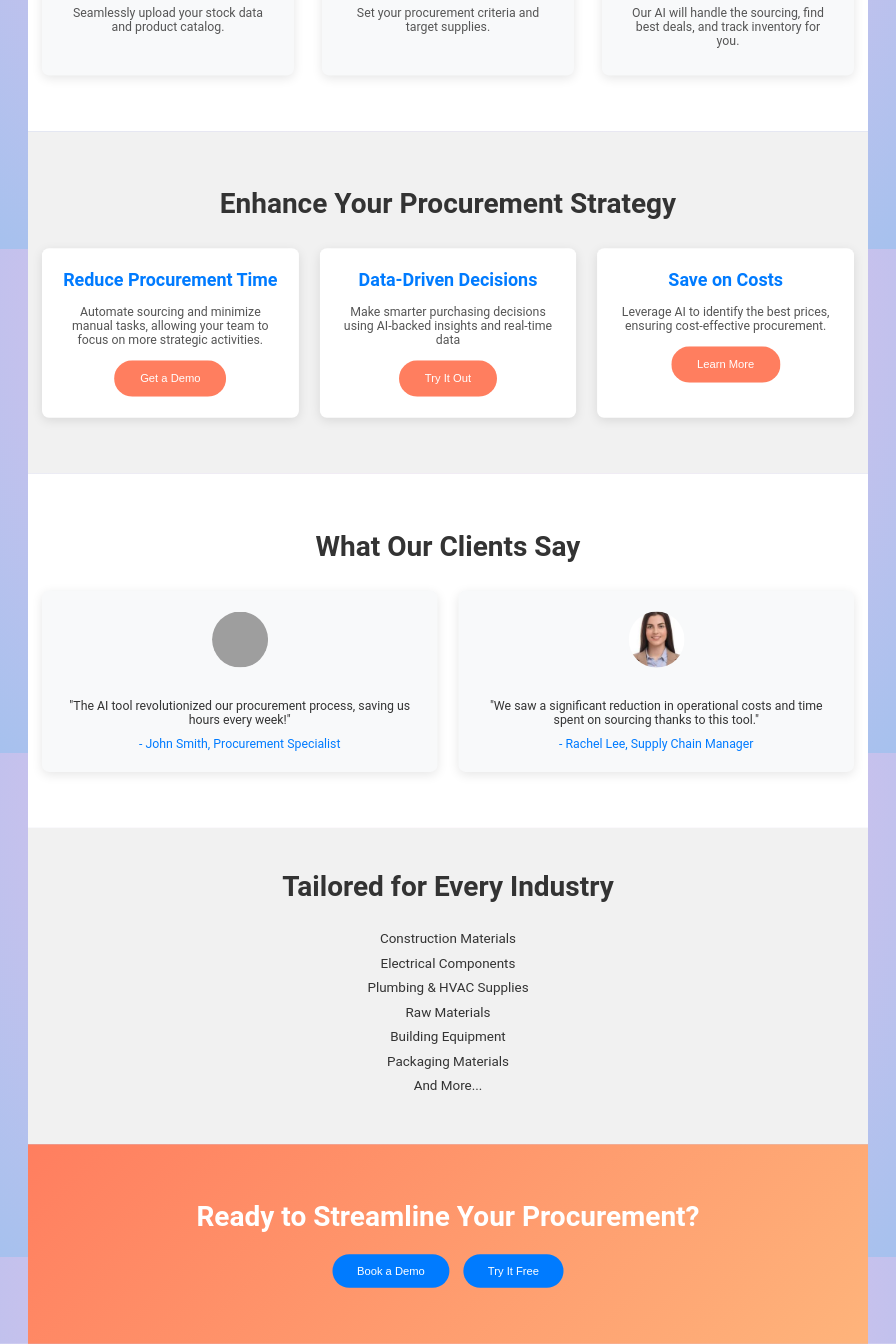
Repository: aabhashbasnet/SSNCorporation
Page: /who-we-serve/suppliers
These files come from the project's save history. The page is drawn as it stood at one moment and after the next save; the edit follows.
The browser window is 1280 px wide. The pictures show the part of the page from y = 1084 to 3004 px (the page is 3004 px tall before and 2902 px after), at 70% of full size.
Pictures or frames that could not be fetched are drawn as grey boxes. The project was rebuilt for these pictures with package versions that can differ from the ones it lists, and the page was loaded fresh each time. Also part of the build but not shown: src/components/Main/Main.jsx, src/components/Working/Working.css, src/components/Working/Working.jsx, src/components/Footer/Footer.jsx, src/pages/OurMission/OurMission.jsx, src/pages/LoginSignUp/LoginSignUp.css, src/pages/LoginSignUp/LoginSignUp.jsx, src/pages/Industries/Industries.jsx and 8 more.

Above is the page before, as saved 2025-02-11 13:44:17.

### src/index.css
/* index.css or App.css */
body {
  margin: 0;
  padding: 0;
  font-family: 'Poppins', sans-serif; /* Optional: Add modern typography */
  /* background: linear-gradient(to bottom, #0a192f, #162447); */
  /* background: linear-gradient(to bottom, #0a192f, #004aad); */
  /* background: radial-gradient(circle at top, #00c6ff, #0072ff, #0a192f);
  background: radial-gradient(circle at top, #ff7e5f, #feb47b, #f4f4f4);
  background: radial-gradient(circle at top, #6a11cb, #2575fc);
  background: radial-gradient(circle at top, #ff416c, #ff4b2b); */
  background: radial-gradient(circle at top, #fbc2eb, #a6c1ee);
  /* color: white; Ensures text is readable */
  min-height: 100vh;
}

### src/App.css
.app-container {
  min-height: 100vh;
  display: flex;
  flex-direction: column;
  background-size: cover;
  background-position: center;
}

### src/components/Main/Main.css
/* Ensure the main content takes up the remaining spaces */
html, body {
  height: 100%;
  margin: 0;
}

/* Main content styling */
.main-content {
  padding: 50px 20px;
  text-align: center; /* Center align the content */
  min-height: calc(100vh - 80px); /* Adjust height to fill the remaining space after navbar */
  display: flex;
  flex-direction: column;
  justify-content: center;
  align-items: center; /* Ensure content is centered horizontally */
}

/* Headline styling */
.headline {
  font-family: Verdana, Geneva, Tahoma, sans-serif;
  font-size: 72px; /* Increased font size */
  font-weight: bold;
  color: #333; /* Dark color for readability */
  margin-bottom: 20px;
  line-height: 1.2;
  white-space: normal; /* Allow line breaks */
  display: inline-block; /* Make it an inline-block element */
  max-width: 90%; /* Set a max-width for better control */
}

/* Description styling */
.description {
  font-size: 18px;
  font-weight: bolder;
  color: white; /* Slightly lighter color */
  max-width: 800px; /* Set max-width to avoid overly long lines */
  margin: 0 auto; /* Center align */
  line-height: 1.6;
}

.instant {
  color: red;
}

/* Button container styling */
.button-container {
  display: flex;
  gap: 20px; /* Add space between buttons */
  justify-content: center;
  margin-top: 20px;
  flex-wrap: wrap; /* Ensure buttons wrap on small screens */
  align-items: center; /* Center the buttons */
}

/* Button base styling */
.button {
  padding: 12px 30px;
  font-size: 16px;
  font-weight: bold;
  border: none;
  border-radius: 5px;
  cursor: pointer;
  transition: transform 0.3s ease, background-color 0.3s ease;
  display: inline-block;
}

/* Default button styling (for both buttons) */
.button:hover {
  transform: translateY(-3px);
}

/* "Get Started" button styling */
.button.primary {
  background-color: #007bff; /* Blue color */
  color: white;
  font-size: larger;
}

.button.primary:hover {
  background-color: #0056b3; /* Darker blue on hover */
}

/* "Connect with Us" button styling */
.button.connect {
  background-color: #28a745; /* Green color */
  color: white;
}

.button.connect:hover {
  background-color: #218838; /* Darker green on hover */
}

/* Add some responsive styling */
@media (max-width: 768px) {
  .headline {
    font-size: 48px; /* Adjust the headline font size on mobile */
  }

  .description {
    font-size: 16px; /* Adjust description font size on mobile */
    padding: 0 20px; /* Add padding on sides for better readability */
  }

  .button-container {
    flex-direction: column; /* Stack buttons on mobile */
    align-items: center; /* Center align the buttons */
  }

  .button {
    width: 100%; /* Make buttons full width on small screens */
    max-width: 300px; /* Set a maximum width for buttons */
    margin: 10px 0; /* Add margin for space between buttons */
  }
}

### src/components/Footer/Footer.css
.footer {
    background-color: #333;
    background: #2c3e50; /* Dark blue/gray */
    background: radial-gradient(circle at top, #333, #555);
    background: radial-gradient(circle at top, #4b0082, #2c003e);
    background: radial-gradient(circle at top, #2a2a2a, #3b3b3b);
    background: radial-gradient(circle at top, #2a2a2a, #4e4e4e);

    color: white;
    padding: 30px;
  }

  .footer-content {
    display: flex;
    flex-wrap: wrap;
    justify-content: space-around;
    max-width: 1200px;
    margin: 0 auto;
  }

  .footer-section {
    flex: 1 1 30%;
    margin-bottom: 20px;
    text-align: center;
  }

  .logo {
    width: 120px;
    height: auto;
    margin-bottom: 15px;
  }

  .social-links {
    display: flex;
    justify-content: center; /* Center social icons */
    gap: 20px;
  }

  .social-icon {
    font-size: 28px;
    color: white;
    transition: color 0.3s ease;
  }

  .social-icon:hover {
    color: #0e76a8;
  }


  .footer-section h4 {
    font-size: 1.5rem; /* Use rem for scalable font sizes */
    font-weight: bold;
    margin-bottom: 10px;
    color: rgb(11, 240, 11);
    text-transform: uppercase;
  }
  .footer-nav {
    list-style: none;
    padding: 0;
    margin: 0;
  }

  .footer-nav li {
    margin-bottom: 10px;
  }

  .footer-nav a {
    font-size: 1rem;
    color: hsl(0, 0%, 100%);
    text-decoration: none;
    transition: color 0.3s ease;
  }

  .footer-nav a:hover {
    color: #0e76a8;
  }

  .newsletter {
    display: flex;
    flex-direction: column; /* Stack input and button */
    align-items: center; /* Center content horizontally */
  }

  .email-input {
    padding: 10px;
    border: 1px solid #fff;
    border-radius: 5px;
    width: 80%; /* Make input responsive */
    margin-bottom: 10px;
    background-color: #444;
    color: white;
  }

  .subscribe-button {
    padding: 10px 20px;
    background-color: #d31b1b;
    color: white;
    border: none;
    border-radius: 5px;
    cursor: pointer;
    transition: background-color 0.3s ease;
    width: 80%; /* Make button responsive */
  }

  .subscribe-button:hover {
    background-color: #b91b1b;
  }

  @media screen and (max-width: 768px) {
    .footer-section {
      flex: 1 1 100%; /* Each section takes full width on mobile */
      margin-bottom: 20px; /* Add space between sections */
    }

    .newsletter {
      flex-direction: column; /* Stack input and button vertically */
      align-items: center; /* Center the content horizontally */
    }

    .email-input,
    .subscribe-button {
      width: 100%; /* Full width input and button */
    }

    .footer-nav li {
      margin-bottom: 5px; /* Reduce margin between links */
    }
  }

### src/pages/Industries/Industries.css
/* Import Poppins font */
@import url('https://fonts.googleapis.com/css2?family=Poppins:wght@700&display=swap');

.industries-container {
  padding: 5rem 1rem;
}

.industries-title {
  font-family: Arial, Helvetica, sans-serif;
  text-align: center;
  font-size: 2.9rem;
  color: #1f2937;
  margin-bottom: 1rem;
  font-weight: 1000;
}

.industries-subtitle {
  text-align: center;
  color: #4b5563;
  font-size: 1.125rem;
  max-width: 800px;
  margin: 0 auto 3rem;
  line-height: 1.6;
}

.industries-grid {
  display: grid;
  gap: 2rem;
  grid-template-columns: 1fr;
}

.industry-card {
  background: white;
  padding: 2.5rem;
  border-radius: 1rem;
  box-shadow: 0 4px 6px -1px rgba(0, 0, 0, 0.1);
  transition: transform 0.3s ease, box-shadow 0.3s ease;
}

.industry-card:hover {
  transform: translateY(-5px);
  box-shadow: 0 10px 15px -3px rgba(0, 0, 0, 0.1);
}

.icon-container {
  width: 60px;
  height: 60px;
  border-radius: 50%;
  display: flex;
  align-items: center;
  justify-content: center;
  margin-bottom: 1.5rem;
}

.industry-icon {
  font-size: 2.5rem;
  color: white;
}

.industry-title {
  color: #1f2937;
  font-size: 1.5rem;
  margin: 1.5rem 0 1rem;
  font-weight: 600;
}

.industry-description {
  color: #4b5563;
  line-height: 1.6;
  margin-bottom: 1.5rem;
}

.learn-more-btn {
  color: #3b82f6;
  text-decoration: none;
  font-weight: 500;
  display: inline-flex;
  align-items: center;
  gap: 0.5rem;
  transition: color 0.3s ease;
}

.learn-more-btn:hover {
  color: #2563eb;
}

@media (min-width: 768px) {
  .industries-grid {
    grid-template-columns: repeat(2, 1fr);
  }
}

@media (min-width: 1024px) {
  .industries-grid {
    grid-template-columns: repeat(4, 1fr);
  }

  .industries-title {
    font-size: 3rem;
  }

  .industries-subtitle {
    font-size: 1.25rem;
  }
}

### src/pages/Industries/FacilitiesMaintainance.css
/* Reset and base styles */
* {
  margin: 0;
  padding: 0;
  box-sizing: border-box;
}

body {
  background-color: #f5f7fa;
}

/* General section styling */
section {
  padding: 4rem 2rem;
  max-width: 1200px;
  margin: 0 auto;
}

/* Overview section */
.overview-section {
  display: flex;
  gap: 3rem;
  align-items: center;
  min-height: 80vh;
  background: linear-gradient(135deg, #e8f4fd 0%, #f5f7fa 100%);
  border-radius: 20px;
  margin: 2rem auto;
}

.overview-text {
  flex: 1;
}

.overview-text h1 {
  font-size: 3rem;
  margin-bottom: 1.5rem;
  color: #2c3e50;
  line-height: 1.2;
  font-weight: 700;
}

.overview-text p {
  font-size: 1.1rem;
  line-height: 1.6;
  color: #5a6c7d;
  margin-bottom: 1.5rem;
}

.overview-image {
  flex: 1;
  position: relative;
}

.overview-image img {
  width: 100%;
  height: auto;
  border-radius: 15px;
  box-shadow: 0 20px 40px rgba(0, 0, 0, 0.1);
}

/* Features and Benefits section */
.features-benefits {
  background: linear-gradient(135deg, #f5f7fa 0%, #e8f4fd 100%);
  text-align: center;
  padding: 5rem 2rem;
  border-radius: 20px;
  margin: 2rem auto;
}

.features-benefits h2 {
  font-size: 2.5rem;
  color: #2c3e50;
  margin-bottom: 3rem;
  font-weight: 700;
}

.feature-card {
  background: rgba(255, 255, 255, 0.9);
  padding: 2rem;
  border-radius: 10px;
  box-shadow: 0 10px 20px rgba(0, 0, 0, 0.05);
  transition: transform 0.3s ease;
  text-align: center;
}

.feature-card:hover {
  transform: translateY(-5px);
  background: rgba(255, 255, 255, 0.95);
  box-shadow: 0 15px 30px rgba(0, 0, 0, 0.1);
}

.feature-card i {
  font-size: 2.5rem;
  margin-bottom: 1rem;
}

.feature-card h3 {
  font-size: 1.5rem;
  color: #2c3e50;
  margin-bottom: 1rem;
  font-weight: 600;
}

.feature-card p {
  color: #5a6c7d;
  line-height: 1.5;
}

/* CTA section */
.cta-section {
  text-align: center;
  background: linear-gradient(135deg, #3498db, #2980b9);
  color: white;
  border-radius: 15px;
  margin: 2rem auto;
  padding: 4rem 2rem;
  box-shadow: 0 15px 30px rgba(41, 128, 185, 0.2);
}

.cta-section h2 {
  font-size: 2.5rem;
  margin-bottom: 1.5rem;
  font-weight: 700;
}

.cta-section p {
  font-size: 1.2rem;
  margin-bottom: 2rem;
  max-width: 600px;
  margin-left: auto;
  margin-right: auto;
  line-height: 1.6;
}

.cta-button {
  display: inline-block;
  padding: 1rem 2rem;
  font-size: 1.2rem;
  font-weight: 600;
  text-decoration: none;
  color: white;
  background: linear-gradient(135deg, #28a745, #218838);
  border-radius: 30px;
  transition: all 0.3s ease;
  cursor: pointer;
  border: 2px solid transparent;
  box-shadow: 0 4px 15px rgba(40, 167, 69, 0.2);
}

.cta-button:hover {
  transform: scale(1.05);
  box-shadow: 0 6px 20px rgba(40, 167, 69, 0.3);
  background: linear-gradient(135deg, #218838, #28a745);
  color: white;
  border-color: rgba(255, 255, 255, 0.2);
}

/* Responsive Design */
@media (max-width: 1024px) {
  .features-grid {
      grid-template-columns: repeat(2, 1fr);
  }
}

@media (max-width: 768px) {
  .overview-section {
      flex-direction: column;
      text-align: center;
  }

  .overview-text h1 {
      font-size: 2.5rem;
  }

  .features-grid {
      grid-template-columns: 1fr;
  }

  .cta-section h2 {
      font-size: 2rem;
  }
}

@media (max-width: 480px) {
  section {
      padding: 2rem 1rem;
  }

  .overview-text h1 {
      font-size: 2rem;
  }

  .features-benefits h2 {
      font-size: 2rem;
  }

  .feature-card {
      margin: 0;
  }

  .cta-button {
      width: 90%;
      max-width: 300px;
  }
}

### src/pages/WhoWeServe/Suppliers.css
/* Supplier Section Styles */
.supplier-section {
  font-family: 'Roboto', sans-serif;
  color: #333;
  margin: 0;
  padding: 0;
  box-sizing: border-box;
}

/* Hero Section */
.supplier-section .hero {
  background: linear-gradient(135deg, #1e3c72, #2a5298);
  color: #fff;
  padding: 100px 20px;
  text-align: center;
  border-bottom: 5px solid #f8f9fa;
}

.supplier-section .hero .hero-content h1 {
  font-size: 3rem;
  font-weight: 700;
  margin-bottom: 20px;
  line-height: 1.2;
}

.supplier-section .hero .hero-content p {
  font-size: 1.2rem;
  margin-bottom: 30px;
  opacity: 0.8;
}

.supplier-section .hero .hero-buttons {
  display: flex;
  justify-content: center;
  gap: 20px;
}

.supplier-section .hero .cta-demo,
.supplier-section .hero .cta-experience {
  background-color: #ff7e5f;
  color: white;
  border: none;
  padding: 15px 40px;
  font-size: 1rem;
  font-weight: 600;
  border-radius: 50px;
  cursor: pointer;
  transition: all 0.3s ease;
  border: 2px solid transparent;
}

.supplier-section .hero .cta-demo:hover,
.supplier-section .hero .cta-experience:hover {
  background-color: #feb47b;
  border: 2px solid #ff7e5f;
}

/* Challenges Section */
.supplier-section .challenges {
  background-color: #f1f1f1;
  padding: 60px 20px;
  text-align: center;
}

.supplier-section .challenges h2 {
  font-size: 2.5rem;
  font-weight: 600;
  color: #333;
  margin-bottom: 30px;
}

.supplier-section .challenges p {
  font-size: 1.15rem;
  color: #555;
  max-width: 800px;
  margin: 0 auto;
}

/* Process Section */
.supplier-section .process {
  padding: 80px 20px;
  background-color: #fff;
  text-align: center;
  border-top: 5px solid #f8f9fa;
}

.supplier-section .process h2 {
  font-size: 2.5rem;
  color: #333;
  margin-bottom: 40px;
  font-weight: 600;
}

.supplier-section .process .steps {
  display: grid;
  grid-template-columns: repeat(auto-fill, minmax(280px, 1fr));
  gap: 40px;
  justify-items: center;
}

.supplier-section .process .step {
  background-color: #f8f9fa;
  padding: 40px;
  border-radius: 10px;
  box-shadow: 0 4px 15px rgba(0, 0, 0, 0.1);
  text-align: center;
  transition: transform 0.3s ease, box-shadow 0.3s ease;
}

.supplier-section .process .step:hover {
  transform: translateY(-10px);
  box-shadow: 0 6px 20px rgba(0, 0, 0, 0.1);
}

.supplier-section .process .step-number {
  font-size: 2.5rem;
  font-weight: bold;
  color: #ff7e5f;
  margin-bottom: 20px;
}

.supplier-section .process .step h3 {
  font-size: 1.4rem;
  color: #333;
  margin-bottom: 15px;
}

.supplier-section .process .step p {
  font-size: 1.1rem;
  color: #555;
}

/* Benefits Section */
.supplier-section .benefits {
  padding: 80px 20px;
  background-color: #f1f1f1;
  text-align: center;
}

.supplier-section .benefits h2 {
  font-size: 2.5rem;
  color: #333;
  margin-bottom: 40px;
  font-weight: 600;
}

.supplier-section .benefits .benefit-container {
  display: grid;
  grid-template-columns: repeat(auto-fill, minmax(280px, 1fr));
  gap: 30px;
}

.supplier-section .benefits .benefit {
  background-color: #fff;
  padding: 30px;
  border-radius: 10px;
  box-shadow: 0 4px 15px rgba(0, 0, 0, 0.1);
  text-align: center;
  transition: transform 0.3s ease, box-shadow 0.3s ease;
}

.supplier-section .benefits .benefit:hover {
  transform: translateY(-10px);
  box-shadow: 0 6px 20px rgba(0, 0, 0, 0.1);
}

.supplier-section .benefits .benefit h3 {
  font-size: 1.6rem;
  color: #007bff;
  margin-bottom: 20px;
}

.supplier-section .benefits .benefit p {
  font-size: 1.1rem;
  color: #555;
  margin-bottom: 20px;
}

.supplier-section .benefits .cta-demo {
  background-color: #ff7e5f;
  color: white;
  padding: 15px 35px;
  font-size: 1rem;
  border-radius: 50px;
  cursor: pointer;
  border: 2px solid transparent;
  transition: all 0.3s ease;
}

.supplier-section .benefits .cta-demo:hover {
  background-color: #feb47b;
  border: 2px solid #ff7e5f;
}

/* Testimonials Section */
.supplier-section .testimonials {
  padding: 80px 20px;
  background-color: #fff;
  text-align: center;
}

.supplier-section .testimonials h2 {
  font-size: 2.5rem;
  font-weight: 600;
  color: #333;
  margin-bottom: 40px;
}

.supplier-section .testimonials .testimonial-container {
  display: flex;
  justify-content: space-between;
  gap: 30px;
  flex-wrap: wrap;
}

.supplier-section .testimonials .testimonial {
  background-color: #f8f9fa;
  padding: 30px;
  border-radius: 10px;
  box-shadow: 0 4px 15px rgba(0, 0, 0, 0.1);
  flex: 1 1 45%;
  text-align: center;
  transition: transform 0.3s ease, box-shadow 0.3s ease;
}

.supplier-section .testimonials .testimonial:hover {
  transform: translateY(-10px);
  box-shadow: 0 6px 20px rgba(0, 0, 0, 0.1);
}

.supplier-section .testimonials .testimonial-image-container {
  margin-bottom: 20px;
}

.supplier-section .testimonials .testimonial-image {
  width: 80px;
  height: 80px;
  border-radius: 50%;
  object-fit: cover;
  margin-bottom: 20px;
}

.supplier-section .testimonials p {
  font-size: 1.1rem;
  color: #333;
  margin-bottom: 15px;
}

.supplier-section .testimonials span {
  font-size: 1.1rem;
  color: #007bff;
}

/* Categories Section */
.supplier-section .categories {
  padding: 60px 20px;
  background-color: #f1f1f1;
  text-align: center;
}

.supplier-section .categories h2 {
  font-size: 2.5rem;
  color: #333;
  margin-bottom: 40px;
}

.supplier-section .categories ul {
  list-style-type: none;
  padding: 0;
  font-size: 1.2rem;
}

.supplier-section .categories ul li {
  color: #333;
  margin-bottom: 12px;
}

/* Final CTA Section */
.supplier-section .cta-final {
  padding: 80px 20px;
  text-align: center;
  background: linear-gradient(135deg, #ff7e5f, #feb47b);
  color: white;
}

.supplier-section .cta-final h2 {
  font-size: 2.5rem;
  font-weight: 600;
  margin-bottom: 30px;
}

.supplier-section .cta-final .cta-buttons {
  display: flex;
  justify-content: center;
  gap: 20px;
}

.supplier-section .cta-final .cta-demo,
.supplier-section .cta-final .cta-free {
  background-color: #007bff;
  color: white;
  border: none;
  padding: 15px 35px;
  font-size: 1rem;
  border-radius: 50px;
  cursor: pointer;
  transition: all 0.3s ease;
}

.supplier-section .cta-final .cta-demo:hover,
.supplier-section .cta-final .cta-free:hover {
  background-color: #0056b3;
}

Loaded but not shown: public/index.html (common file); src/index.js (common file); src/reportWebVitals.js (common file); src/App.js (63 lines, source omitted); src/components/FloatingChatButton/FloatingChatButton.jsx (177 lines, source omitted); src/components/FloatingChatButton/FloatingChatButton.css (285 lines, source omitted); src/components/Navbar/Navbar.jsx (138 lines, source omitted); src/pages/WhoWeServe/Suppliers.jsx (136 lines, source omitted); src/components/Navbar/Navbar.css (231 lines, source omitted); src/pages/Industries/Paving.css (214 lines, source omitted); src/pages/Industries/Landscaping.css (213 lines, source omitted); src/pages/OurMission/OurMission.css (228 lines, source omitted); src/pages/Industries/GeneralConstruction.css (205 lines, source omitted); src/pages/WhoWeServe/Contractors.jsx (no stored copy; drawn as an empty file); src/pages/WhoWeServe/SubContractors.jsx (no stored copy; drawn as an empty file)

After the next save:
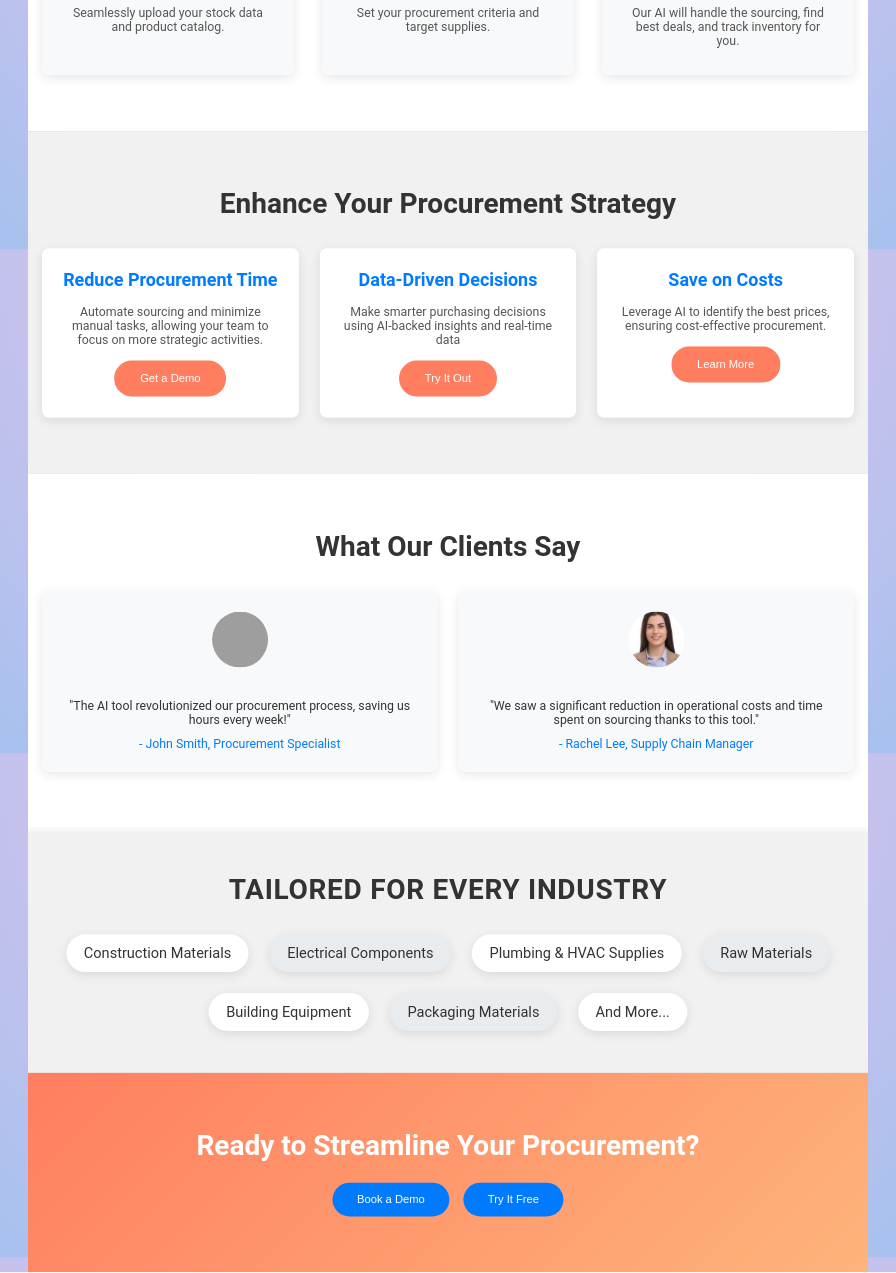
Saved 106 s later.
--- a/src/pages/WhoWeServe/Suppliers.css
+++ b/src/pages/WhoWeServe/Suppliers.css
@@ -252,28 +252,61 @@
 }
 
 /* Categories Section */
+/* Categories Section */
 .supplier-section .categories {
   padding: 60px 20px;
   background-color: #f1f1f1;
   text-align: center;
+  border-top: 5px solid #f8f9fa;
 }
 
 .supplier-section .categories h2 {
   font-size: 2.5rem;
   color: #333;
   margin-bottom: 40px;
+  font-weight: 600;
+  text-transform: uppercase;
+  letter-spacing: 1px;
 }
 
 .supplier-section .categories ul {
   list-style-type: none;
   padding: 0;
-  font-size: 1.2rem;
+  display: flex;
+  flex-wrap: wrap;
+  justify-content: center;
+  gap: 30px;
 }
 
 .supplier-section .categories ul li {
-  color: #333;
-  margin-bottom: 12px;
-}
+  font-size: 1.3rem;
+  color: #333;
+  background-color: #fff;
+  padding: 15px 25px;
+  border-radius: 30px;
+  box-shadow: 0 4px 15px rgba(0, 0, 0, 0.1);
+  transition: transform 0.3s ease, box-shadow 0.3s ease;
+}
+
+.supplier-section .categories ul li:hover {
+  transform: translateY(-10px);
+  box-shadow: 0 6px 20px rgba(0, 0, 0, 0.1);
+  background-color: #ff7e5f;
+  color: white;
+}
+
+.supplier-section .categories ul li:nth-child(even) {
+  background-color: #e9ecef;
+}
+
+.supplier-section .categories ul li:nth-child(odd) {
+  background-color: #fff;
+}
+
+.supplier-section .categories ul li:hover {
+  background-color: #feb47b;
+}
+
 
 /* Final CTA Section */
 .supplier-section .cta-final {
